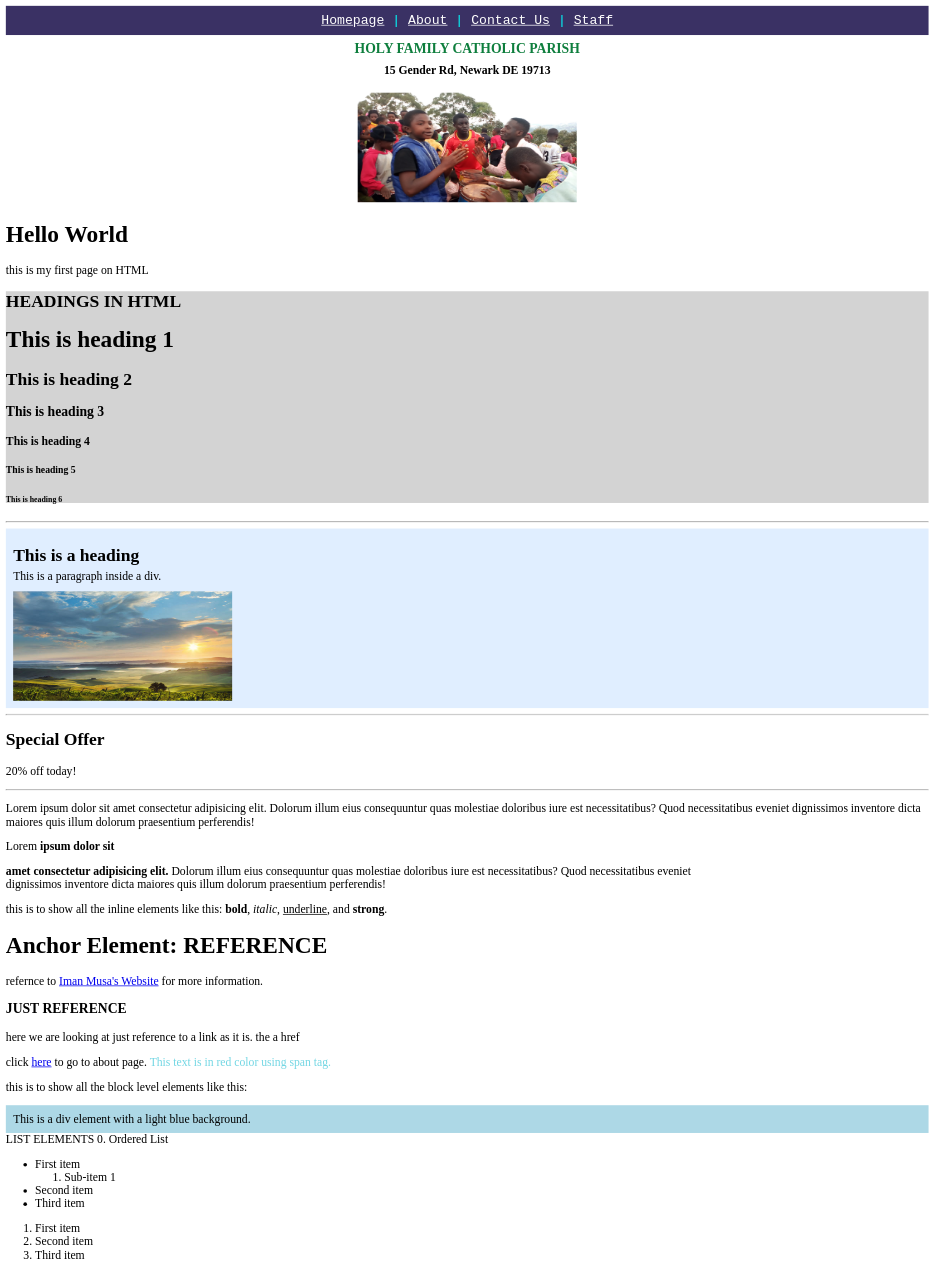
Repository: ficotims/HTML-RESTART
Page: Homepage.html
An editor plug-in stored every save of this project. The page is shown before and after the next save, followed by the edit.
The browser window is 1280 px wide. The pictures show the whole page, at 73% of full size.

Above is the page before, as saved 2026-02-10 13:08:14.

After the next save:
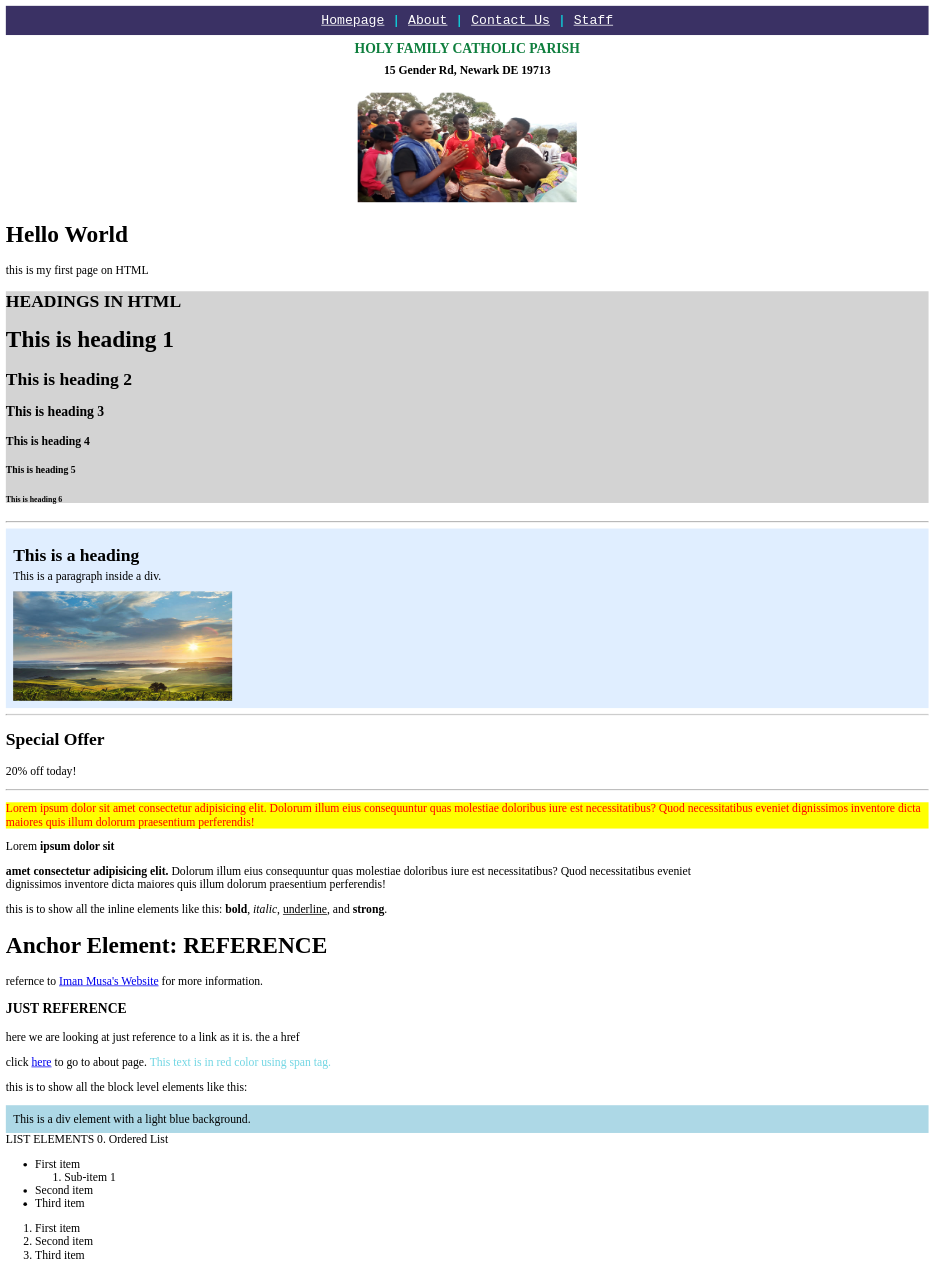
Saved 64 s later.
--- a/Homepage.html
+++ b/Homepage.html
@@ -4,7 +4,7 @@
     <meta charset="UTF-8" />
     <meta name="viewport" content="width=device-width, initial-scale=1.0" />
     <title>HTML Crash course with Iman Musa</title>
-    <link rel="stylesheet" href="Style 1.css" />
+    <link rel="stylesheet" href="Style 1.css"/>
   </head>
   <body>
 
@@ -57,7 +57,7 @@
 
 
     <!-- thi is for paragraphs now -->
-    <p class=".body1">
+    <p class="body1">
       Lorem ipsum dolor sit amet consectetur adipisicing elit. Dolorum illum
       eius consequuntur quas molestiae doloribus iure est necessitatibus? Quod
       necessitatibus eveniet dignissimos inventore dicta maiores quis illum

After the save that followed:
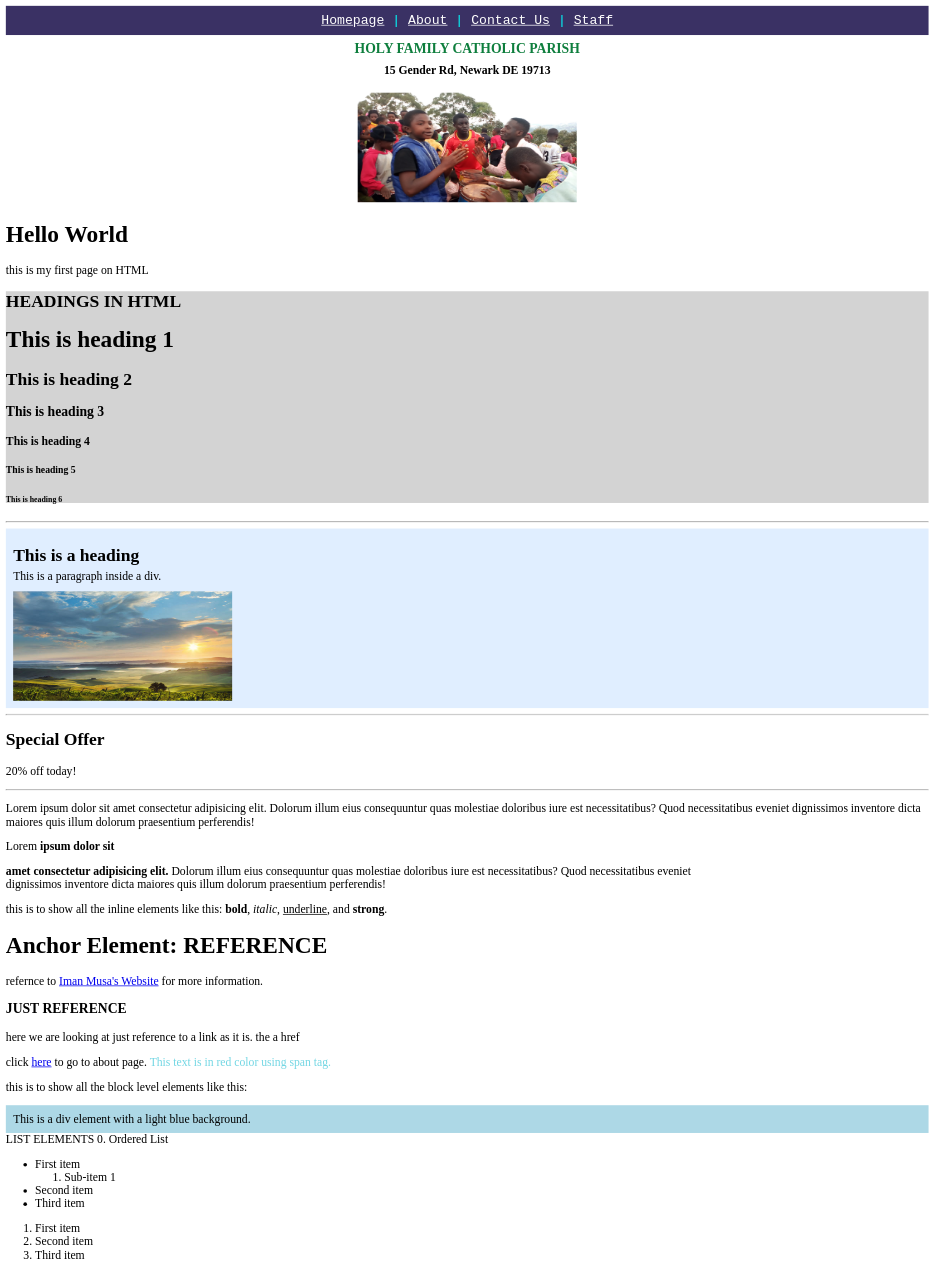
Saved 11 s later.
--- a/Homepage.html
+++ b/Homepage.html
@@ -57,7 +57,7 @@
 
 
     <!-- thi is for paragraphs now -->
-    <p class="body1">
+    <p class=".body1">
       Lorem ipsum dolor sit amet consectetur adipisicing elit. Dolorum illum
       eius consequuntur quas molestiae doloribus iure est necessitatibus? Quod
       necessitatibus eveniet dignissimos inventore dicta maiores quis illum
